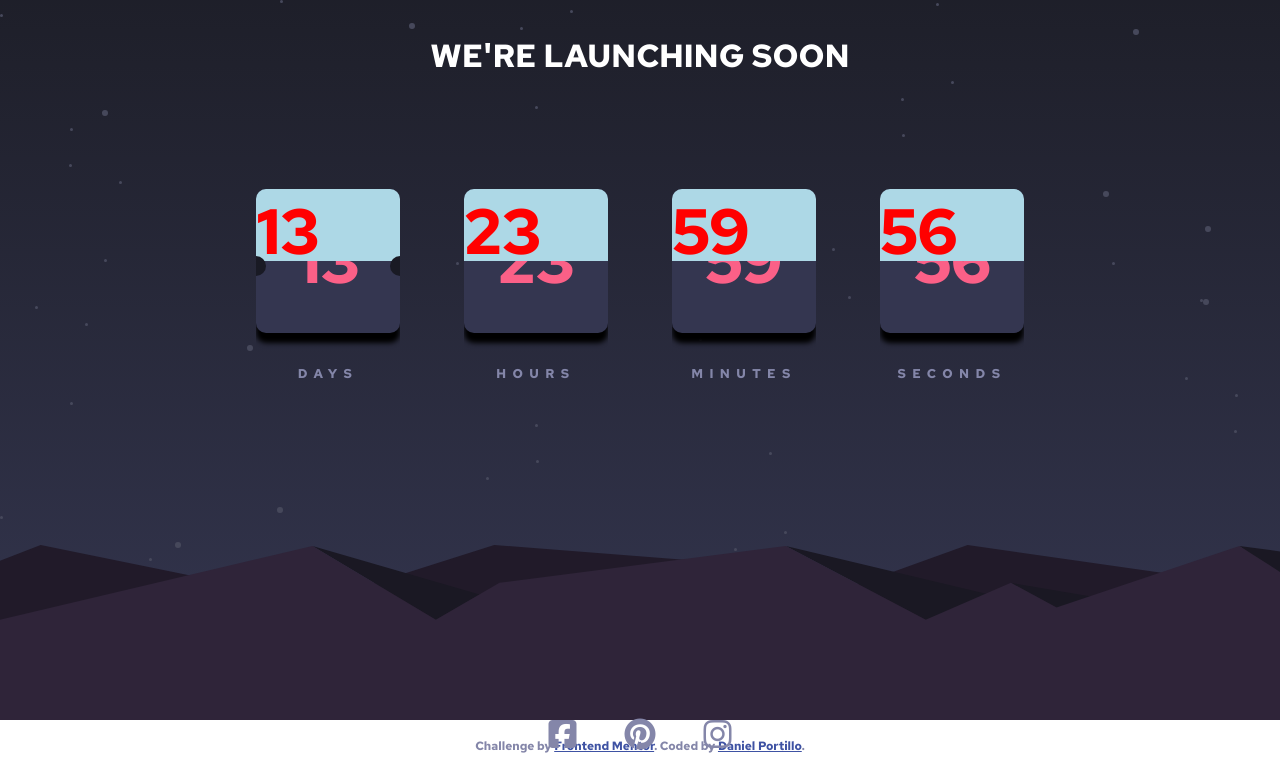
Repository: dportillo23/launch-countdown-timer-main
Page: index.html
An editor plug-in stored every save of this project. The page is shown before and after the next save, followed by the edit.
The browser window is 1280 px wide. The pictures show the whole page.
Some web libraries are served in a nearby version. The style sheet was rebuilt from its Sass, Less or Tailwind sources for each picture, by a compiler version that may differ from the author's.

Above is the page before, as saved 2021-07-02 10:24:21.

After the next save:
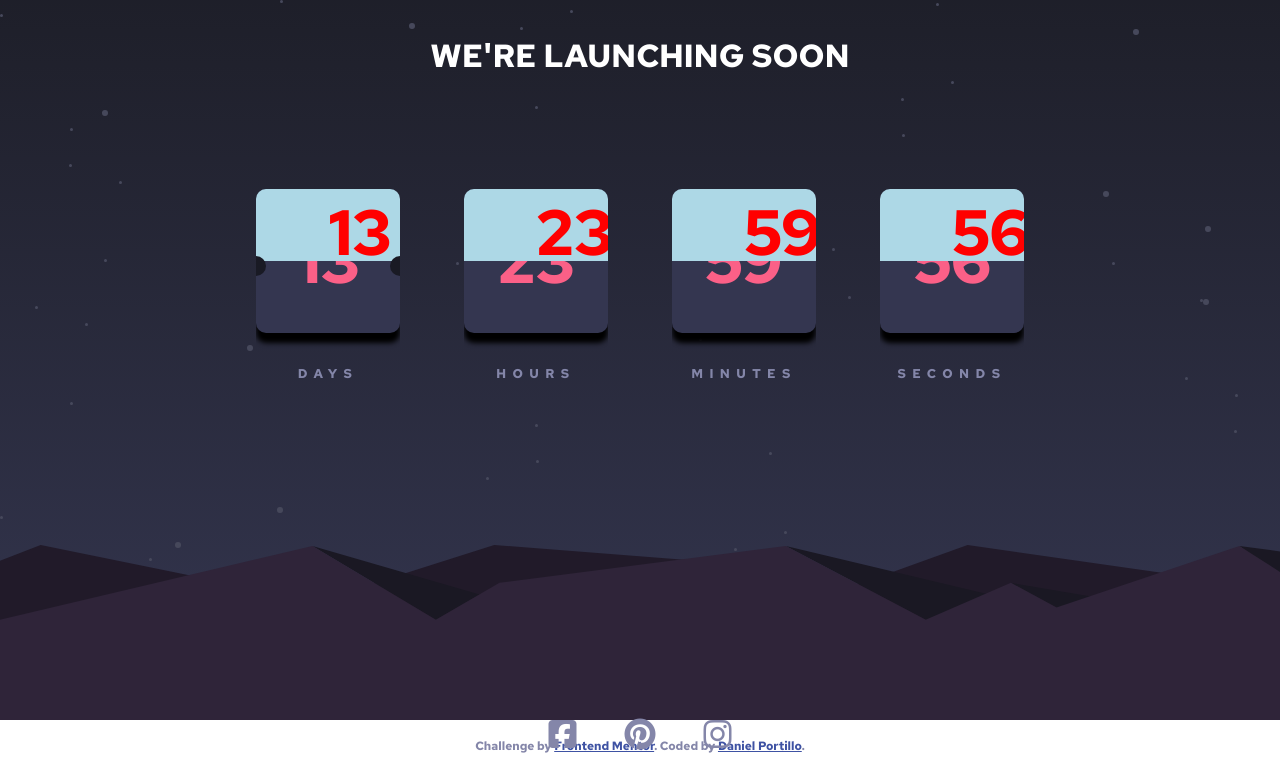
Saved 15 s later.
--- a/style.scss
+++ b/style.scss
@@ -84,7 +84,7 @@ body {
         height: 50%;
         color: red;
         background-color: lightblue;
-        padding: 1px auto;
+        padding: 1px 50%;
         position: absolute;
         z-index: 1;
         top: 0;
